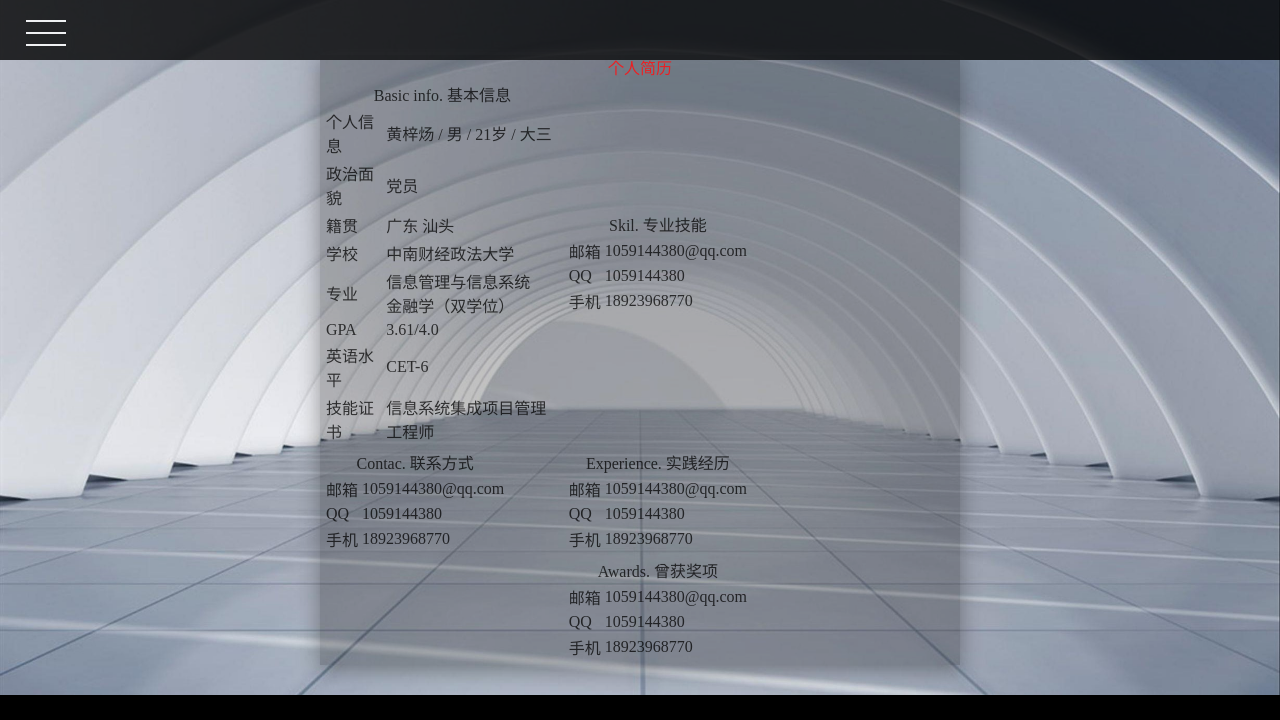
Repository: ustc-hzy/ziYang
Page: resume.html
An editor plug-in stored every save of this project. The page is shown before and after the next save, followed by the edit.
The browser window is 1280 px wide. The pictures show the whole page.

Above is the page before, as saved 2020-06-18 00:27:21.

### resume.html
<!DOCTYPE html>
<html lang="en">
<head>
    <meta charset="UTF-8">
    <meta name="viewport" content="width=device-width, initial-scale=1.0">
    <link rel="stylesheet" href="css/style.css" type="text/css">
    <link rel="stylesheet" href="css/resume.css" type="text/css">
    <title>个人简历</title>
</head>
<body>
    <header>
        <!-- 主体内容 -->
        <div class="inner">
            <!-- 用于控制菜单栏开关 -->
            <input type="checkbox" id="ham">
            <!-- 菜单栏icon -->
            <label for="ham">
                <div class="hamburger-container">
                    <span></span>
                    <span></span>
                    <span></span>
                </div>
            </label>
            <!-- 菜单栏各项 -->
            <nav>
                <ul>
                    <li><a href="index.html">网站首页</a></li>
                    <li><a href="resume.html">个人简历</a></li>
                    <li><a href="album.html">旅行相册</a></li>
                    <li><a href="asset.html">PS作品集</a></li>
                    <li><a href="episode.html">剧集收藏</a></li>
                </ul>
            </nav>
            <!-- 打开菜单栏的遮罩 -->
            <div class="mask"></div>
        </div>

        <div class="content-container">
            <table>
                <caption class="table-title">个人简历</caption>
                <tr>
                    <td class="left-column">
                        <table>
                            <caption class="small-table-title"><div>Basic info. 基本信息</div></caption>
                            <tr>
                                <td>个人信息</td>
                                <td>黄梓炀 / 男 / 21岁 / 大三</td>
                            </tr>
                            <tr>
                                <td>政治面貌</td>
                                <td>党员</td>
                            </tr>
                            <tr>
                                <td>籍贯</td>
                                <td>广东 汕头</td>
                            </tr>
                            <tr>
                                <td>学校</td>
                                <td>中南财经政法大学</td>
                            </tr>
                            <tr>
                                <td>专业</td>
                                <td>
                                    <div>信息管理与信息系统</div>
                                    <div>金融学（双学位）</div>
                                </td>
                            </tr>
                            <tr>
                                <td>GPA</td>
                                <td>3.61/4.0</td>
                            </tr>
                            <tr>
                                <td>英语水平</td>
                                <td>CET-6</td>
                            </tr>
                            <tr>
                                <td>技能证书</td>
                                <td>信息系统集成项目管理工程师</td>
                            </tr>
                        </table>
                    </td>
                    <td class="right-column">
                        <table>
                            <caption class="small-table-title"><div>Skil. 专业技能</div></caption>
                            <tr>
                                <td>邮箱</td>
                                <td>1059144380@qq.com</td>
                            </tr>
                            <tr>
                                <td>QQ</td>
                                <td>1059144380</td>
                            </tr>
                            <tr>
                                <td>手机</td>
                                <td>18923968770</td>
                            </tr>
                        </table>
                    </td>
                </tr>
                <tr>
                    <td class="left-column">
                        <table>
                            <caption class="small-table-title"><div>Contac. 联系方式</div></caption>
                            <tr>
                                <td>邮箱</td>
                                <td>1059144380@qq.com</td>
                            </tr>
                            <tr>
                                <td>QQ</td>
                                <td>1059144380</td>
                            </tr>
                            <tr>
                                <td>手机</td>
                                <td>18923968770</td>
                            </tr>
                        </table>
                    </td>
                    <td class="right-column">
                        <table class="small-table-title">
                            <caption><div>Experience. 实践经历</div></caption>
                            <tr>
                                <td>邮箱</td>
                                <td>1059144380@qq.com</td>
                            </tr>
                            <tr>
                                <td>QQ</td>
                                <td>1059144380</td>
                            </tr>
                            <tr>
                                <td>手机</td>
                                <td>18923968770</td>
                            </tr>
                        </table>
                    </td>
                </tr>
                <tr>
                    <td class="left-column"></td>
                    <td class="right-column">
                        <table class="small-table-title">
                            <caption><div>Awards. 曾获奖项</div></caption>
                            <tr>
                                <td>邮箱</td>
                                <td>1059144380@qq.com</td>
                            </tr>
                            <tr>
                                <td>QQ</td>
                                <td>1059144380</td>
                            </tr>
                            <tr>
                                <td>手机</td>
                                <td>18923968770</td>
                            </tr>
                        </table>
                    </td>
                </tr>
            </table>
        </div>
    </header>
</body>
</html>

### css/style.css
body {
    height: 100%;
    width: 100%;
    margin: 0 auto;
    padding: 0 0 ;
    background-color: #000000;
    background-image: url(../img/user_bg.jpg);
    background-repeat: no-repeat;
    background-size: cover;
    overflow: auto;
}
header{
    height: 60px;
    background-color: #000000;
    opacity: 0.8;
}
.inner{
    width: 96%;
    margin: auto;
}
#ham{
    display: none;
}
/* 当chexkbox选中时，改变第一条线 */
#ham:checked + label .hamburger-container span:nth-child(1){
    transform: rotate(45deg);
    top: 11px;
    transition: transform .3s ease-in-out, top .3s ease-in-out 3s;
}
/* 当chexkbox选中时，第二条线消失 */
#ham:checked + label .hamburger-container span:nth-child(2){
    opacity: 0;
}
/* 当chexkbox选中时，改变第三条线 */
#ham:checked + label .hamburger-container span:nth-child(3){
    transform: rotate(-45deg);
    top: -11px;
    transition: transform .3s ease-in-out, top .3s ease-in-out 3s;
}
.hamburger-container span:nth-child(2){
    margin-top: 10px;
    transition: opacity .1s ease-in-out .1s;
}
.hamburger-container span:nth-child(3){
    margin-top: 10px;
}
.hamburger-container{
    display: block;
    width: 40px;
    height: 40px;
    position: relative;
    top: 20px;
    z-index: 100;
}
.hamburger-container span{
    display: block;
    height: 2px;
    background-color: #fff;
    position: relative;
    transition: transform .3s ease-in-out, top .3s ease-in-out .3s;
}
nav{
    position: absolute;
    z-index: 100;
    color: #fff;
    top: 50px;
    transform: scaleY(0); /* 垂直方向缩小到0，即关闭 */
    transition: all .3s ease-in-out;
    transform-origin: 50% 0; /* 将中心点移到顶部 */
    opacity: 0; /* 渐入渐出效果 */
}
/* 当chexkbox选中时，展示nav */
#ham:checked ~ nav{
    transform: scaleY(1); /* 垂直方向扩大到1，即打开 */
    opacity: 1;
    transition: all .3s ease-in-out;
}
.mask {
    width: 100vw;
    height: 100vh;
    position: fixed;
    top: 0;
    left: 0;
    background: #000000;
    opacity: 0;
    z-index: 10; /* 防止遮住要显示的部分 */
    transform: scaleY(0);
    transform-origin: 50% 0;
    transition: all .3s ease-in-out;
}
#ham:checked ~ .mask{
    opacity: 1;
    transform: scaleY(1);
    transition: all .3s ease-in-out;
}
ul{
    position: relative;
    right: 40px;
    margin-top: 2em;
    list-style-type:none;
    font-size: 35px;
}
ul li{
    margin-top: 1em;
}
ul li:hover{
    transform: scale(1.2, 1.2); /* transform从元素中心开始变化，不会影响到其他元素 */
    /* background-color:  rgba(255,255,255,0.1);
    padding: 10px 20px; */
}
.content-container{
    position: absolute;
    top: 50%;
    left: 50%;
    transform: translate(-50%,-50%);
    z-index: 1;
    background-color: rgba(0,0,0,0.3); /* 此处使用opacity会让文字也变透明 */
    box-shadow: 0 5px 20px rgba(26,26,26,0.5);
}
.mid-name{
    color: #fff;
    font-size: 50px;
    border: 8px solid #fff;
    padding: 40px;
    text-align: center;
}
.mid-name .id{
    margin-top: 10px;
    font-size: 40px;
}
a{
    text-decoration: none;
    color: #ffffff;
}

### css/resume.css
.table-title{
    color: red;
}
.left-column{
    width: 300px;
}
.right-column{
    width: 600px;
}

After the next save:
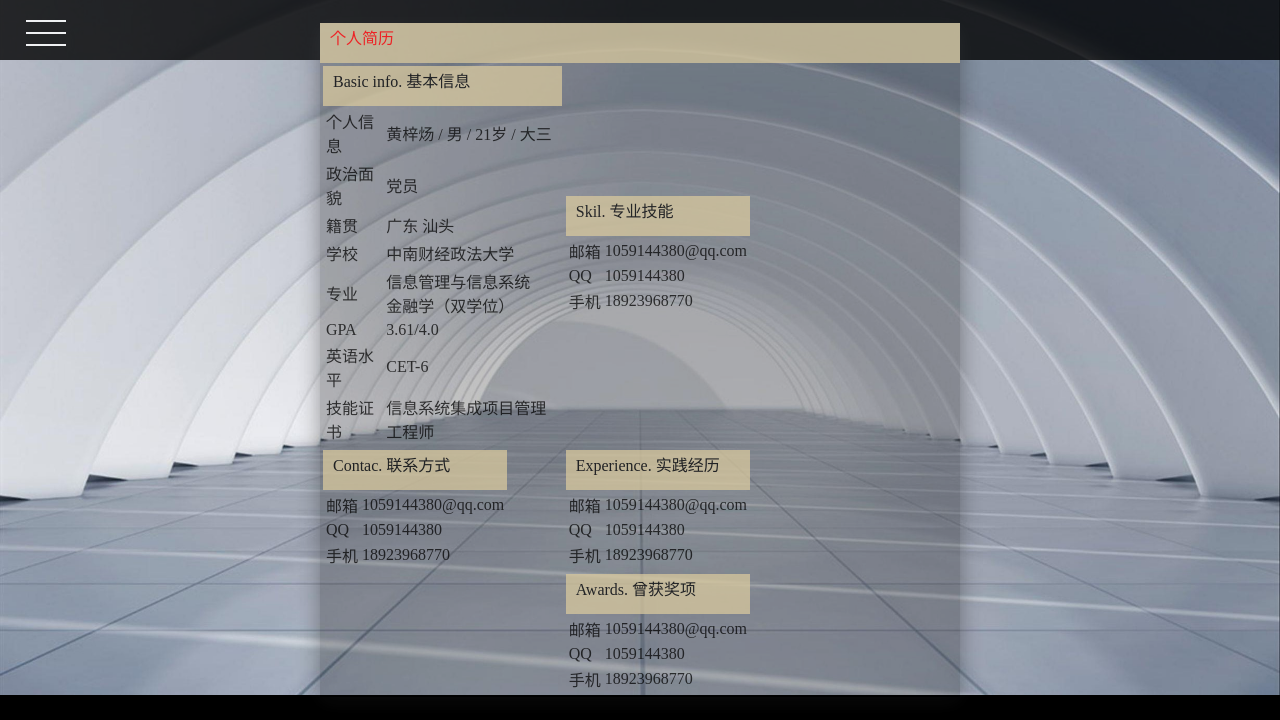
Saved 20 s later.
--- a/css/resume.css
+++ b/css/resume.css
@@ -1,3 +1,10 @@
+table caption {
+    height: 36px;
+    text-align: left;
+    background-color: #c9ba92;
+    border-width: 0px 1px 1px 0px;
+    padding: 2px 10px;
+}
 .table-title{
     color: red;
 }

After the save that followed:
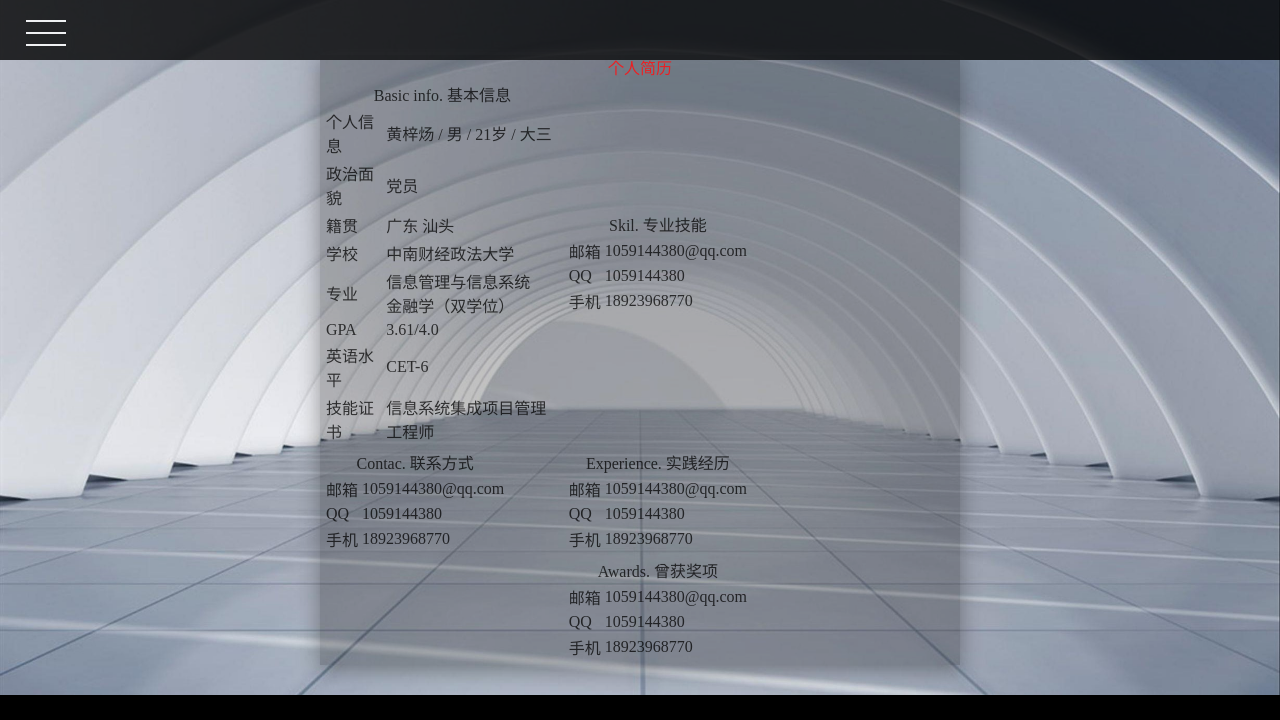
Saved 7 s later.
--- a/css/resume.css
+++ b/css/resume.css
@@ -1,10 +1,3 @@
-table caption {
-    height: 36px;
-    text-align: left;
-    background-color: #c9ba92;
-    border-width: 0px 1px 1px 0px;
-    padding: 2px 10px;
-}
 .table-title{
     color: red;
 }
